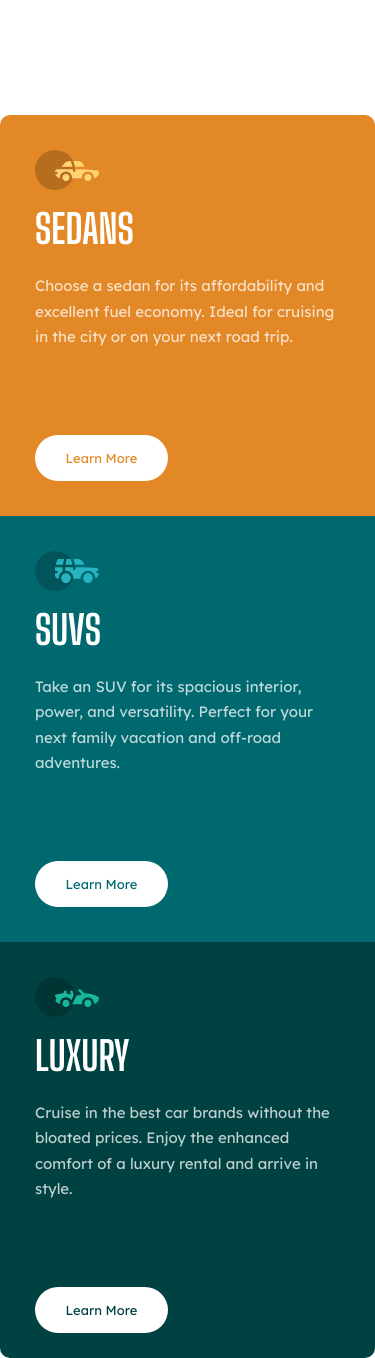
Repository: KamoliddinGIT/column-preview-card
Page: index.html
These files come from the project's save history. The page is drawn as it stood at one moment and after the next save; the edit follows.
The browser window is 375 px wide. The pictures show the whole page.

Above is the page before, as saved 2023-09-15 17:10:11.

After the next save:
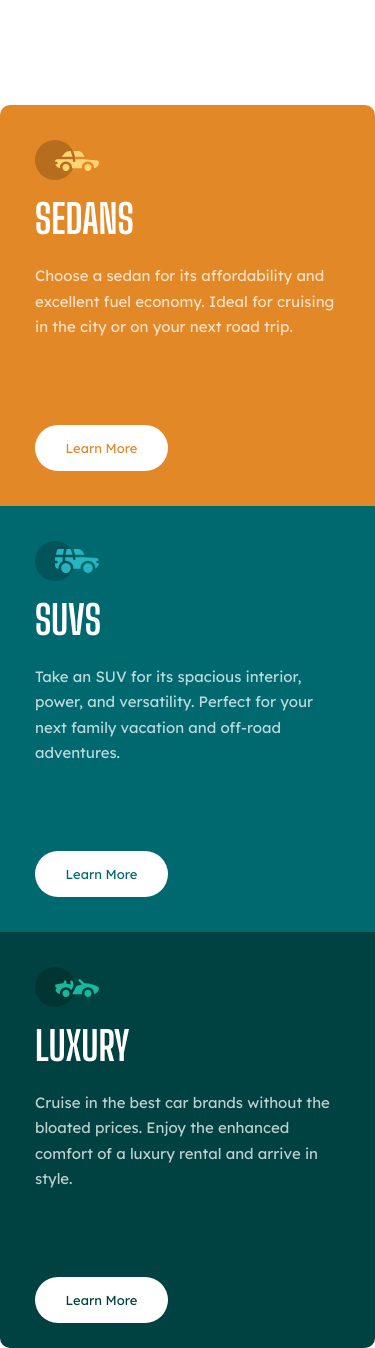
Saved 4 s later.
--- a/css/style.css
+++ b/css/style.css
@@ -189,7 +189,7 @@
     padding: 0;
   }
   .container {
-    margin-top: -30px;
+    margin-top: -50px;
     max-width: 400px;
     width: 100%;
     margin-bottom: 40px;
